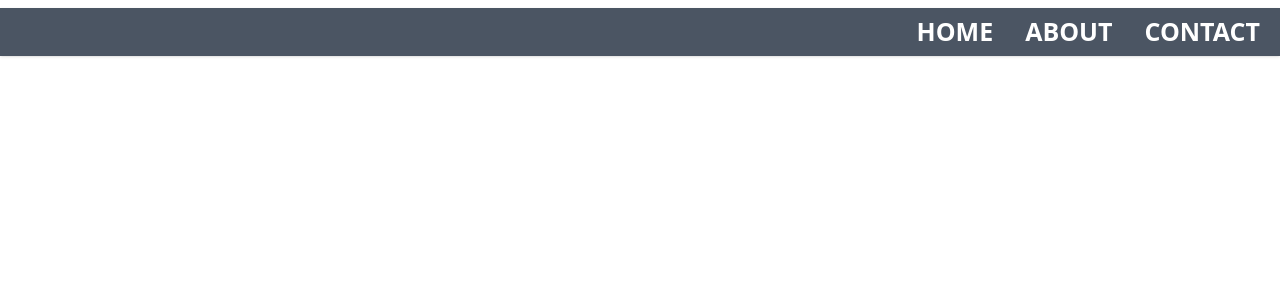
Repository: singhaayush5/CollegeCompanion-Hackathon-IIIT-RANCHI-
Page: / (app in client/)
The author's editor kept a copy of each file at every save. The page is drawn from the files as they stood at one save, then again after the next save.
The browser window is 1280 px wide. The pictures show the whole page.
The project was rebuilt for these pictures with package versions that can differ from the ones it lists, and the page was loaded fresh each time. Also part of the build but not shown: client/vite.config.js, client/src/App.css, client/src/Component/Card.jsx, client/src/Component/JobPortal/JobPortal.jsx, client/src/Component/GradeTracker/GradePortal.jsx.

Above is the page before, as saved 2023-04-15 23:17:01.

After the next save:
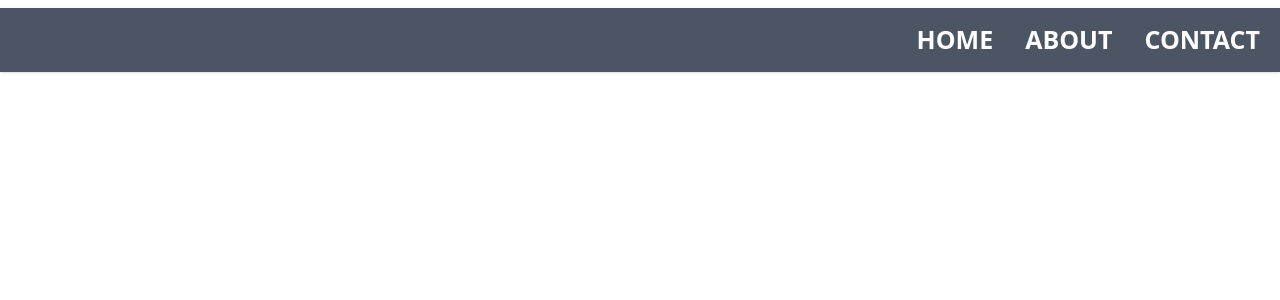
Saved 82 s later.
--- a/client/src/Component/Navbar.jsx
+++ b/client/src/Component/Navbar.jsx
@@ -2,7 +2,7 @@ import React from "react";
 // import TrackLogo from "../images/TrackLogo.png";
 function navbar() {
   return (
-    <nav className="p-1 bg-gray-600 h-12 shadow md:flex md:items-center md:justify-between fixed top-2 w-full">
+    <nav className="p-1 bg-gray-600 h-16 shadow md:flex md:items-center md:justify-between fixed top-2 w-full">
       <div className="flex justify-between items-center ">
         <span className=" cursor-pointer"></span>
 
